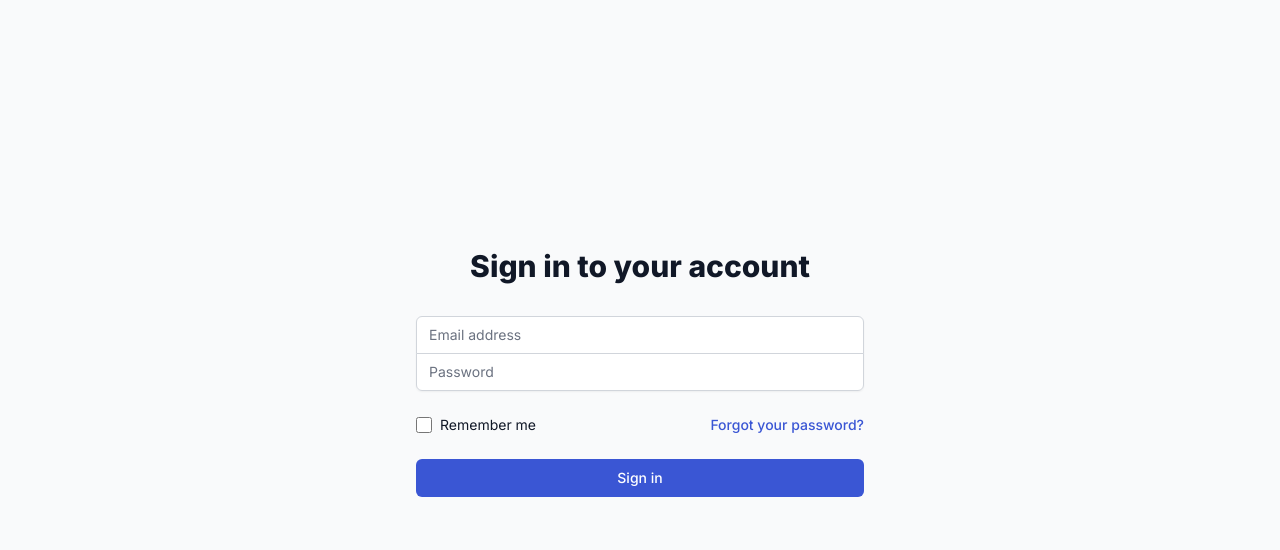
Repository: StoyanStoyanov1/DHS-Team
Page: /auth/login (app in dhs-admin-panel/)
An editor plug-in stored every save of this project. The page is shown before and after the next save, followed by the edit.
The browser window is 1280 px wide. The pictures show the whole page.
The project was rebuilt for these pictures with package versions that can differ from the ones it lists, and the page was loaded fresh each time. The framework's server and built-in components were replaced by stand-ins that run in the browser. Also part of the build but not shown: dhs-admin-panel/next.config.js, dhs-admin-panel/src/components/SearchBar.tsx, dhs-admin-panel/src/components/Header.tsx, dhs-admin-panel/src/components/NavItem.tsx, dhs-admin-panel/src/components/Sidebar.tsx, dhs-admin-panel/src/components/Breadcrumb.tsx, dhs-admin-panel/src/components/PriveteRoute.tsx, dhs-admin-panel/src/components/Alert.tsx.

Above is the page before, as saved 2025-04-24 09:49:39.

### dhs-admin-panel/src/app/layout.tsx
import type { Metadata } from 'next';
import { Inter } from 'next/font/google';
import './globals.css';
import DashboardLayout from '../components/Layout';
import { AuthProvider } from '@/src/hooks/useAuth';

const inter = Inter({ subsets: ['latin'] });

export const metadata: Metadata = {
    title: 'Admin Dashboard',
    description: 'NextJS Admin Dashboard',
};

export default function RootLayout({
    children,
}: {
    children: React.ReactNode
}) {
    return (
        <html lang="en">
            <body className={inter.className}>
                <AuthProvider>
                    <DashboardLayout>
                        {children}
                    </DashboardLayout>
                </AuthProvider>
            </body>
        </html>
    );
}

### dhs-admin-panel/src/app/auth/login/page.tsx
'use client';

import React, { useState, useEffect } from 'react';
import { useRouter, useSearchParams } from 'next/navigation';
import { useAuth } from '@/src/hooks/useAuth';
import Alert from '@/src/components/Alert';
import { validateEmail } from '@/src/utils/validation';
import Link from 'next/link';

const LoginPage: React.FC = () => {
    const router = useRouter();
    const searchParams = useSearchParams();
    const { login, user, loading, error, success, clearError, clearSuccess } = useAuth();
    const [formData, setFormData] = useState({
        email: '',
        password: '',
        remember: false
    });
    const [validationErrors, setValidationErrors] = useState<{
        email?: string;
        password?: string;
    }>({});
    const [currentInput, setCurrentInput] = useState<string | null>(null);

    useEffect(() => {
        if (user) {
            const redirectTo = searchParams.get('redirect') || '/';
            router.push(redirectTo);
        }
    }, [user, router, searchParams]);

    useEffect(() => {
        // Clear any existing messages when component mounts
        clearError();
        clearSuccess();
    }, [clearError, clearSuccess]);

    const handleChange = (e: React.ChangeEvent<HTMLInputElement>) => {
        const { name, value, type, checked } = e.target;
        setFormData(prev => ({
            ...prev,
            [name]: type === 'checkbox' ? checked : value
        }));
        setValidationErrors(prev => ({ ...prev, [name]: undefined }));
    };

    const handleKeyDown = (e: React.KeyboardEvent<HTMLInputElement>) => {
        if (e.key === 'Enter') {
            e.preventDefault();
            const form = e.currentTarget.form;
            if (form) {
                const inputs = Array.from(form.elements) as HTMLInputElement[];
                const currentIndex = inputs.findIndex(input => input === e.currentTarget);
                const nextInput = inputs[currentIndex + 1];
                if (nextInput) {
                    nextInput.focus();
                } else {
                    handleSubmit(e as unknown as React.FormEvent);
                }
            }
        }
    };

    const handleSubmit = async (e: React.FormEvent) => {
        e.preventDefault();
        clearError();
        clearSuccess();

        const errors: { email?: string; password?: string } = {};

        if (!formData.email) {
            errors.email = 'Email is required';
        } else if (!validateEmail(formData.email)) {
            errors.email = 'Please enter a valid email address';
        }

        if (!formData.password) {
            errors.password = 'Password is required';
        }

        if (Object.keys(errors).length > 0) {
            setValidationErrors(errors);
            return;
        }

        try {
            await login(formData.email, formData.password, formData.remember);
            // Success alert will be shown through the success state
        } catch (err) {
            // Error will be handled by the error state
        }
    };

    return (
        <div className="min-h-screen flex items-center justify-center bg-gray-50 py-12 px-4 sm:px-6 lg:px-8">
            <div className="max-w-md w-full space-y-8">
                <div>
                    <h2 className="mt-6 text-center text-3xl font-extrabold text-gray-900">
                        Sign in to your account
                    </h2>
                </div>
                <form className="mt-8 space-y-6" onSubmit={handleSubmit}>
                    {error && (
                        <Alert type="error" message={error} onClose={clearError} />
                    )}
                    {success && (
                        <Alert type="success" message="Login successful!" onClose={clearSuccess} />
                    )}
                    <div className="rounded-md shadow-sm -space-y-px">
                        <div>
                            <label htmlFor="email" className="sr-only">
                                Email address
                            </label>
                            <input
                                id="email"
                                name="email"
                                type="email"
                                autoComplete="email"
                                required
                                className={`appearance-none rounded-none relative block w-full px-3 py-2 border ${
                                    validationErrors.email ? 'border-red-300' : 'border-gray-300'
                                } placeholder-gray-500 text-gray-900 rounded-t-md focus:outline-none focus:ring-blue-500 focus:border-blue-500 focus:z-10 sm:text-sm`}
                                placeholder="Email address"
                                value={formData.email}
                                onChange={handleChange}
                                onKeyDown={handleKeyDown}
                                onFocus={() => setCurrentInput('email')}
                            />
                            {validationErrors.email && (
                                <p className="mt-1 text-sm text-red-600">{validationErrors.email}</p>
                            )}
                        </div>
                        <div>
                            <label htmlFor="password" className="sr-only">
                                Password
                            </label>
                            <input
                                id="password"
                                name="password"
                                type="password"
                                autoComplete="current-password"
                                required
                                className={`appearance-none rounded-none relative block w-full px-3 py-2 border ${
                                    validationErrors.password ? 'border-red-300' : 'border-gray-300'
                                } placeholder-gray-500 text-gray-900 rounded-b-md focus:outline-none focus:ring-blue-500 focus:border-blue-500 focus:z-10 sm:text-sm`}
                                placeholder="Password"
                                value={formData.password}
                                onChange={handleChange}
                                onKeyDown={handleKeyDown}
                                onFocus={() => setCurrentInput('password')}
                            />
                            {validationErrors.password && (
                                <p className="mt-1 text-sm text-red-600">{validationErrors.password}</p>
                            )}
                        </div>
                    </div>

                    <div className="flex items-center justify-between">
                        <div className="flex items-center">
                            <input
                                id="remember"
                                name="remember"
                                type="checkbox"
                                className="h-4 w-4 text-blue-600 focus:ring-blue-500 border-gray-300 rounded"
                                checked={formData.remember}
                                onChange={handleChange}
                                onKeyDown={handleKeyDown}
                                onFocus={() => setCurrentInput('remember')}
                            />
                            <label htmlFor="remember" className="ml-2 block text-sm text-gray-900">
                                Remember me
                            </label>
                        </div>

                        <div className="text-sm">
                            <Link href="/auth/forgot-password" className="font-medium text-blue-600 hover:text-blue-500">
                                Forgot your password?
                            </Link>
                        </div>
                    </div>

                    <div>
                        <button
                            type="submit"
                            disabled={loading}
                            className="group relative w-full flex justify-center py-2 px-4 border border-transparent text-sm font-medium rounded-md text-white bg-blue-600 hover:bg-blue-700 focus:outline-none focus:ring-2 focus:ring-offset-2 focus:ring-blue-500 disabled:opacity-50 disabled:cursor-not-allowed"
                        >
                            {loading ? 'Signing in...' : 'Sign in'}
                        </button>
                    </div>
                </form>
            </div>
        </div>
    );
};

export default LoginPage;

### dhs-admin-panel/src/app/globals.css
@tailwind base;
@tailwind components;
@tailwind utilities;

:root {
  --background: #ffffff;
  --foreground: #171717;
  --sidebar-width: 240px;
  --sidebar-width-collapsed: 80px;
  --header-height: 56px;
  --sidebar-transition: 0.3s ease-in-out;
}

@theme inline {
  --color-background: var(--background);
  --color-foreground: var(--foreground);
  --font-sans: var(--font-geist-sans);
  --font-mono: var(--font-geist-mono);
}

@media (prefers-color-scheme: dark) {
  :root {
    --background: #0a0a0a;
    --foreground: #ededed;
  }
}

html, body {
  background: var(--background);
  color: var(--foreground);
  font-family: Arial, Helvetica, sans-serif;
  height: 100%;
  width: 100%;
  margin: 0;
  padding: 0;
}

.auth-page-container {
  min-height: 100vh;
  display: flex;
  flex-direction: column;
}

/* Максимална широчина на контейнера за auth страниците */
.auth-page-container > div {
  max-width: 480px;
  width: 100%;
}

/* Адаптивност при по-големи екрани */
@media (min-width: 1280px) {
  .auth-page-container > div {
    max-width: 520px;
  }
}

@media (min-width: 1536px) {
  .auth-page-container > div {
    max-width: 580px;
  }
}

/* Стилове за админ панела */
body {
  background-color: #f8f9fa;
}

/* Scrollbar стилове за по-модерен вид */
::-webkit-scrollbar {
  width: 6px;
  height: 6px;
}

::-webkit-scrollbar-track {
  background: #f1f1f1;
  border-radius: 3px;
}

::-webkit-scrollbar-thumb {
  background: #d1d5db;
  border-radius: 3px;
}

::-webkit-scrollbar-thumb:hover {
  background: #9ca3af;
}

/* Стилове за контейнери */
.page-container {
  max-width: 1200px;
  margin: 0 auto;
}

@media (min-width: 1400px) {
  .page-container {
    max-width: 1320px;
  }
}

/* Стилове за sidebar */
.sidebar-hover-effect {
  transition: width var(--sidebar-transition);
}

.sidebar-item {
  transition: background-color 0.15s ease, color 0.15s ease;
}

.sidebar-item-active {
  background: linear-gradient(to right, rgba(59, 130, 246, 0.05), rgba(59, 130, 246, 0.1));
  color: #3b82f6;
  font-weight: 500;
}

.sidebar-item-active .sidebar-icon {
  color: #3b82f6;
}

.sidebar-submenu {
  max-height: 0;
  overflow: hidden;
  transition: max-height 0.25s ease-in-out;
}

.sidebar-submenu.open {
  max-height: 500px;
}

.sidebar-toggle-btn {
  transition: transform 0.3s ease, background-color 0.2s ease;
}

### dhs-admin-panel/src/components/Layout.tsx
'use client';

import { useState, ReactNode } from 'react';
import { usePathname } from 'next/navigation';
import Header from './Header';
import Sidebar from './Sidebar';
import Breadcrumb from './Breadcrumb';
import PrivateRoute from './PriveteRoute';

interface DashboardLayoutProps {
    children: ReactNode;
}

const Layout: React.FC<DashboardLayoutProps> = ({ children }) => {
    const [activeSection, setActiveSection] = useState<string>('dashboards');
    const [isSidebarCollapsed, setIsSidebarCollapsed] = useState(true); // Default to collapsed
    const pathname = usePathname();

    const isAuthPage = pathname?.startsWith('/auth');

    if (isAuthPage) {
        return <>{children}</>;
    }

    return (
        <PrivateRoute>
            <div className="flex h-screen bg-gray-50 overflow-hidden">
                <Sidebar
                    activeSection={activeSection}
                    setActiveSection={setActiveSection}
                    isCollapsed={isSidebarCollapsed}
                    toggleCollapse={() => setIsSidebarCollapsed(!isSidebarCollapsed)}
                />

                <div className="flex-1 flex flex-col h-screen overflow-hidden">
                    <Header />

                    <main className="flex-1 overflow-auto p-6">
                        <div className="mx-auto max-w-7xl w-full">
                            <Breadcrumb />
                            {children}
                        </div>
                    </main>
                </div>
            </div>
        </PrivateRoute>
    );
};

export default Layout;

### dhs-admin-panel/src/hooks/useAuth.tsx
"use client"
import { createContext, useContext, useState, useEffect, ReactNode } from 'react';
import { useRouter } from 'next/navigation';
import authService, {
    LoginCredentials,
    RegisterCredentials,
    TokenPayload,
    ValidationErrors
} from '../services/auth.service';

interface User {
    id: string;
    email: string;
}

interface AuthContextType {
    user: User | null;
    loading: boolean;
    error: string | null;
    success: string | null;
    login: (email: string, password: string, remember: boolean) => Promise<void>;
    logout: () => Promise<void>;
    clearError: () => void;
    clearSuccess: () => void;
}

const AuthContext = createContext<AuthContextType | undefined>(undefined);

export function AuthProvider({ children }: { children: ReactNode }) {
    const [user, setUser] = useState<User | null>(null);
    const [loading, setLoading] = useState(true);
    const [error, setError] = useState<string | null>(null);
    const [success, setSuccess] = useState<string | null>(null);
    const router = useRouter();

    useEffect(() => {
        // Check for stored user data
        const storedUser = localStorage.getItem('user');
        if (storedUser) {
            setUser(JSON.parse(storedUser));
        }
        setLoading(false);
    }, []);

    const login = async (email: string, password: string, remember: boolean) => {
        try {
            setLoading(true);
            setError(null);
            setSuccess(null);

            const response = await fetch('/api/auth/login', {
                method: 'POST',
                headers: {
                    'Content-Type': 'application/json',
                },
                body: JSON.stringify({ email, password, remember }),
            });

            if (!response.ok) {
                const data = await response.json();
                throw new Error(data.message || 'Login failed');
            }

            const data = await response.json();
            setUser(data.user);
            setSuccess('Login successful!');

            if (remember) {
                localStorage.setItem('user', JSON.stringify(data.user));
            }

            router.push('/');
        } catch (err) {
            setError(err instanceof Error ? err.message : 'An error occurred during login');
        } finally {
            setLoading(false);
        }
    };

    const logout = async () => {
        try {
            setLoading(true);
            setError(null);
            setSuccess(null);

            await fetch('/api/auth/logout', {
                method: 'POST',
            });

            setUser(null);
            localStorage.removeItem('user');
            router.push('/auth/login');
        } catch (err) {
            setError(err instanceof Error ? err.message : 'An error occurred during logout');
        } finally {
            setLoading(false);
        }
    };

    const clearError = () => setError(null);
    const clearSuccess = () => setSuccess(null);

    return (
        <AuthContext.Provider value={{ user, loading, error, success, login, logout, clearError, clearSuccess }}>
            {children}
        </AuthContext.Provider>
    );
}

export function useAuth() {
    const context = useContext(AuthContext);
    if (context === undefined) {
        throw new Error('useAuth must be used within an AuthProvider');
    }
    return context;
}

export default useAuth;

### dhs-admin-panel/src/utils/validation.ts
// src/utils/validation.ts
export interface ValidationResult {
    valid: boolean;
    errors: { [key: string]: string };
}

// Email validation regex
const EMAIL_REGEX = /^[a-zA-Z0-9._%+-]+@[a-zA-Z0-9.-]+\.[a-zA-Z]{2,}$/;

// Password validation regex - requires at least 8 characters, one uppercase letter,
// one lowercase letter, one number, and one special character
const PASSWORD_REGEX = /^(?=.*[a-z])(?=.*[A-Z])(?=.*\d)(?=.*[@$!%*?&])[A-Za-z\d@$!%*?&]{8,}$/;

export const validateEmail = (email: string): string | null => {
    if (!email.trim()) {
        return 'Email is required';
    }

    if (!EMAIL_REGEX.test(email)) {
        return 'Please enter a valid email address';
    }

    return null;
};

export const validatePassword = (password: string): string | null => {
    if (!password) {
        return 'Password is required';
    }

    if (password.length < 8) {
        return 'Password must be at least 8 characters long';
    }

    if (!PASSWORD_REGEX.test(password)) {
        return 'Password must contain at least one uppercase letter, one lowercase letter, one number, and one special character';
    }

    return null;
};

export const validatePasswordMatch = (password: string, confirmPassword: string): string | null => {
    if (password !== confirmPassword) {
        return 'Passwords do not match';
    }

    return null;
};

export const validateLoginForm = (email: string, password: string): ValidationResult => {
    const errors: { [key: string]: string } = {};

    const emailError = validateEmail(email);
    if (emailError) errors.email = emailError;

    const passwordError = validatePassword(password);
    if (passwordError) errors.password = passwordError;

    return {
        valid: Object.keys(errors).length === 0,
        errors,
    };
};

export const validateRegistrationForm = (
    email: string,
    password: string,
    confirmPassword: string
): ValidationResult => {
    const errors: { [key: string]: string } = {};

    const emailError = validateEmail(email);
    if (emailError) errors.email = emailError;

    const passwordError = validatePassword(password);
    if (passwordError) errors.password = passwordError;

    const passwordMatchError = validatePasswordMatch(password, confirmPassword);
    if (passwordMatchError) errors.confirmPassword = passwordMatchError;

    return {
        valid: Object.keys(errors).length === 0,
        errors,
    };
};

### dhs-admin-panel/tailwind.config.js
/** @type {import('tailwindcss').Config} */
module.exports = {
    content: [
        './src/components/**/*.{js,ts,jsx,tsx,mdx}',
        './src/app/**/*.{js,ts,jsx,tsx,mdx}',
    ],
    theme: {
        extend: {
            colors: {
                blue: {
                    50: '#eff6ff',
                    100: '#dbeafe',
                    200: '#bfdbfe',
                    300: '#93c5fd',
                    400: '#60a5fa',
                    500: '#4361ee',
                    600: '#3a56d4',
                    700: '#1d4ed8',
                    800: '#1e40af',
                    900: '#1e3a8a',
                    950: '#172554',
                },
                gray: {
                    50: '#f9fafb',
                    100: '#f3f4f6',
                    200: '#e5e7eb',
                    300: '#d1d5db',
                    400: '#9ca3af',
                    500: '#6b7280',
                    600: '#4b5563',
                    700: '#374151',
                    800: '#1f2937',
                    900: '#111827',
                    950: '#030712',
                },
                purple: {
                    50: '#faf5ff',
                    100: '#f3e8ff',
                    500: '#8b5cf6',
                    600: '#7c3aed',
                },
                green: {
                    50: '#f0fdf4',
                    100: '#dcfce7',
                    500: '#22c55e',
                    600: '#16a34a',
                },
                red: {
                    50: '#fef2f2',
                    100: '#fee2e2',
                    500: '#ef4444',
                    600: '#dc2626',
                },
                yellow: {
                    50: '#fffbeb',
                    100: '#fef3c7',
                    500: '#eab308',
                    600: '#ca8a04',
                },
            },
            boxShadow: {
                'sm': '0 1px 2px 0 rgba(0, 0, 0, 0.05)',
                'DEFAULT': '0 1px 3px 0 rgba(0, 0, 0, 0.1), 0 1px 2px 0 rgba(0, 0, 0, 0.06)',
                'md': '0 4px 6px -1px rgba(0, 0, 0, 0.1), 0 2px 4px -1px rgba(0, 0, 0, 0.06)',
                'lg': '0 10px 15px -3px rgba(0, 0, 0, 0.1), 0 4px 6px -2px rgba(0, 0, 0, 0.05)',
                'xl': '0 20px 25px -5px rgba(0, 0, 0, 0.1), 0 10px 10px -5px rgba(0, 0, 0, 0.04)',
            },
            borderRadius: {
                'lg': '0.625rem',
                'xl': '0.75rem',
                '2xl': '1rem',
            },
            animation: {
                'fade-in': 'fade-in 0.3s ease-in-out',
                'slide-in': 'slide-in 0.3s ease-in-out',
            },
            keyframes: {
                'fade-in': {
                    '0%': { opacity: '0' },
                    '100%': { opacity: '1' },
                },
                'slide-in': {
                    '0%': { transform: 'translateX(-10px)', opacity: '0' },
                    '100%': { transform: 'translateX(0)', opacity: '1' },
                },
            },
            transitionDuration: {
                '400': '400ms',
            }
        },
    },
    plugins: [],
}

After the next save:
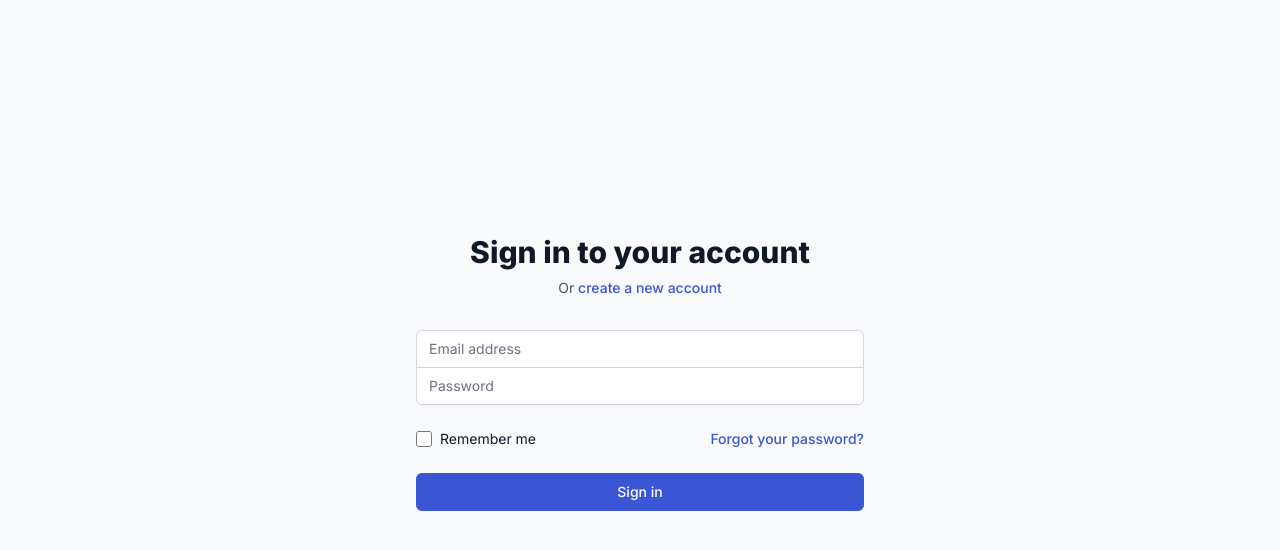
Saved 4 min 56 s later.
--- a/dhs-admin-panel/src/app/auth/login/page.tsx
+++ b/dhs-admin-panel/src/app/auth/login/page.tsx
@@ -98,6 +98,12 @@ const LoginPage: React.FC = () => {
                     <h2 className="mt-6 text-center text-3xl font-extrabold text-gray-900">
                         Sign in to your account
                     </h2>
+                    <p className="mt-2 text-center text-sm text-gray-600">
+                        Or{' '}
+                        <Link href="/auth/register" className="font-medium text-blue-600 hover:text-blue-500">
+                            create a new account
+                        </Link>
+                    </p>
                 </div>
                 <form className="mt-8 space-y-6" onSubmit={handleSubmit}>
                     {error && (
